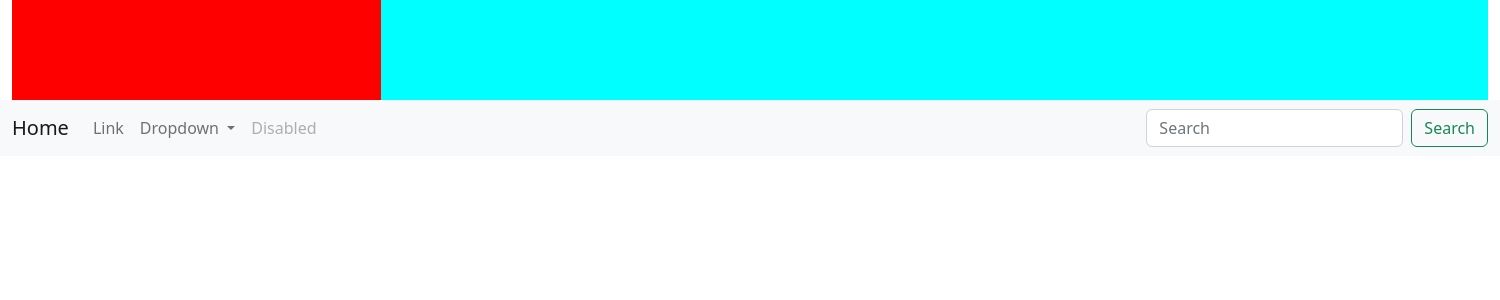
Repository: nguyenhung50497/MD2_bootstrap
Page: BT_giaoDienWeb/index.html
The author's editor kept a copy of each file at every save. The page is drawn from the files as they stood at one save, then again after a run of saves.
The browser window is 1280 px wide. The page is 1500 px wide, so the pictures cover 1500 px, including what lies to the right of the window. The pictures show the whole page.

Above is the page before, as saved 2022-11-30 13:50:34.

### BT_giaoDienWeb/index.html
<!DOCTYPE html>
<html lang="en">
<head>
    <meta charset="UTF-8">
    <meta http-equiv="X-UA-Compatible" content="IE=edge">
    <meta name="viewport" content="width=device-width, initial-scale=1.0">
    <link href="https://cdn.jsdelivr.net/npm/bootstrap@5.2.3/dist/css/bootstrap.min.css" rel="stylesheet" integrity="sha384-rbsA2VBKQhggwzxH7pPCaAqO46MgnOM80zW1RWuH61DGLwZJEdK2Kadq2F9CUG65" crossorigin="anonymous">
    <script src="https://cdn.jsdelivr.net/npm/bootstrap@5.2.3/dist/js/bootstrap.bundle.min.js" integrity="sha384-kenU1KFdBIe4zVF0s0G1M5b4hcpxyD9F7jL+jjXkk+Q2h455rYXK/7HAuoJl+0I4" crossorigin="anonymous"></script>
    <title>Document</title>
</head>
<style>
    .col-lg-3 {
        background-color: red;
        height: 100px;
    }
    .col-lg-9 {
        background-color: aqua;
        height: 100px;
    }
</style>
<body>
<center>
    <div style="width: 1500px;">
    <header class="container-fluid row">
        <div class="col-lg-3">
            <img src="" alt="">
        </div>
        <div class="col-lg-9">
            <img src="" alt="">
        </div>
    </header>
    <nav class="navbar navbar-expand-lg bg-light">
        <div class="container-fluid">
          <a class="navbar-brand" href="#">Home</a>
          <button class="navbar-toggler" type="button" data-bs-toggle="collapse" data-bs-target="#navbarSupportedContent" aria-controls="navbarSupportedContent" aria-expanded="false" aria-label="Toggle navigation">
            <span class="navbar-toggler-icon"></span>
          </button>
          <div class="collapse navbar-collapse" id="navbarSupportedContent">
            <ul class="navbar-nav me-auto mb-2 mb-lg-0">
              <li class="nav-item">
                <a class="nav-link" href="#">Link</a>
              </li>
              <li class="nav-item dropdown">
                <a class="nav-link dropdown-toggle" href="#" role="button" data-bs-toggle="dropdown" aria-expanded="false">
                  Dropdown
                </a>
                <ul class="dropdown-menu">
                  <li><a class="dropdown-item" href="#">Action</a></li>
                  <li><a class="dropdown-item" href="#">Another action</a></li>
                  <li><hr class="dropdown-divider"></li>
                  <li><a class="dropdown-item" href="#">Something else here</a></li>
                </ul>
              </li>
              <li class="nav-item">
                <a class="nav-link disabled">Disabled</a>
              </li>
            </ul>
            <form class="d-flex" role="search">
              <input class="form-control me-2" type="search" placeholder="Search" aria-label="Search">
              <button class="btn btn-outline-success" type="submit">Search</button>
            </form>
          </div>
        </div>
      </nav>
    <div>
        <aside></aside>
        <section></section>
        <aside></aside>
    </div>
    <footer></footer>
    </div>
</center>
</body>
</html>

After the next 3 saves:
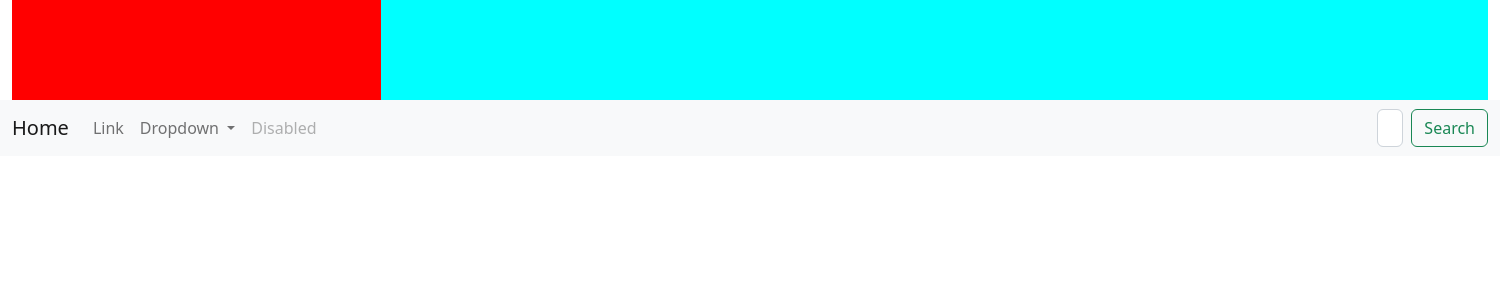
The 3 saves are shown as one change because they came seconds apart.
The last was saved 20 s later.
--- a/BT_giaoDienWeb/index.html
+++ b/BT_giaoDienWeb/index.html
@@ -56,7 +56,7 @@
               </li>
             </ul>
             <form class="d-flex" role="search">
-              <input class="form-control me-2" type="search" placeholder="Search" aria-label="Search">
+              <button class="form-control me-2" type="search" placeholder="Search" aria-label="Search">
               <button class="btn btn-outline-success" type="submit">Search</button>
             </form>
           </div>
